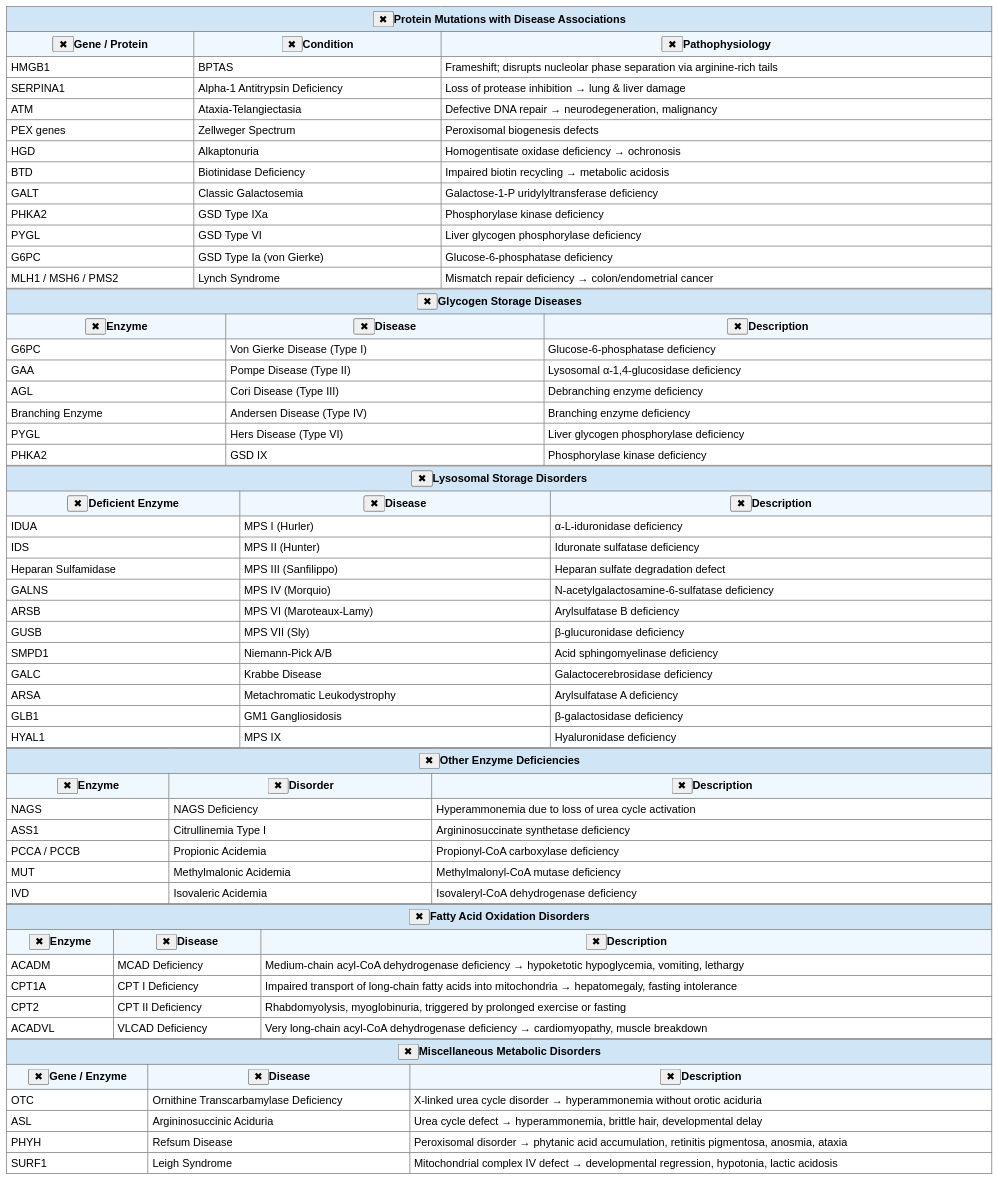
Repository: sharperdragon/STEVEL-1-Summaries
Page: subdex/metabolism.table.html
An editor plug-in stored every save of this project. The page is shown before and after the next save, followed by the edit.
The browser window is 1280 px wide. The pictures show the whole page, at 78% of full size.

Above is the page before, as saved 2025-05-20 17:43:29.

### subdex/metabolism.table.html
<div class="table1 table-responsive">
<table border="2" cellpadding="5" cellspacing="1" frame="box" rules="all" style="width:100%; font-family:Arial, sans-serif; font-size:14px;" >
<thead>
<tr>
<th  colspan="3"  style="background-color:#d0e5f5; text-align:center;"><button>✖</button><strong>Protein Mutations with Disease Associations</strong></th>
</tr>
<tr style="background-color:#f0f8ff;">
<th ><button>✖</button>Gene / Protein</th>
<th ><button>✖</button>Condition</th>
<th  ><button>✖</button>Pathophysiology</th>
</tr>
</thead>
<tbody>
<tr><td >HMGB1</td><td >BPTAS</td><td  >Frameshift; disrupts nucleolar phase separation via arginine-rich tails</td></tr>
<tr><td >SERPINA1</td><td >Alpha-1 Antitrypsin Deficiency</td><td  >Loss of protease inhibition → lung &amp; liver damage</td></tr>
<tr><td >ATM</td><td >Ataxia-Telangiectasia</td><td  >Defective DNA repair → neurodegeneration, malignancy</td></tr>
<tr><td >PEX genes</td><td >Zellweger Spectrum</td><td  >Peroxisomal biogenesis defects</td></tr>
<tr><td >HGD</td><td >Alkaptonuria</td><td  >Homogentisate oxidase deficiency → ochronosis</td></tr>
<tr><td >BTD</td><td >Biotinidase Deficiency</td><td  >Impaired biotin recycling → metabolic acidosis</td></tr>
<tr><td >GALT</td><td >Classic Galactosemia</td><td  >Galactose-1-P uridylyltransferase deficiency</td></tr>
<tr><td >PHKA2</td><td >GSD Type IXa</td><td  >Phosphorylase kinase deficiency</td></tr>
<tr><td >PYGL</td><td >GSD Type VI</td><td  >Liver glycogen phosphorylase deficiency</td></tr>
<tr><td >G6PC</td><td >GSD Type Ia (von Gierke)</td><td  >Glucose-6-phosphatase deficiency</td></tr>
<tr><td >MLH1 / MSH6 / PMS2</td><td >Lynch Syndrome</td><td  >Mismatch repair deficiency → colon/endometrial cancer</td></tr>
</tbody>
</table>
</div>

<div class="table1 table-responsive">
<table border="2" cellpadding="5" cellspacing="1" frame="box" rules="all" style="width:100%; font-family:Arial, sans-serif; font-size:14px;" >
  <thead>
    <tr>
      <th  colspan="3"  style="background-color:#d0e5f5; text-align:center;">
        <button>✖</button><strong>Glycogen Storage Diseases</strong>
      </th>
    </tr>
    <tr style="background-color:#f0f8ff;">
      <th ><button>✖</button>Enzyme</th>
      <th ><button>✖</button>Disease</th>
      <th  ><button>✖</button>Description</th>
    </tr>
  </thead>
  <tbody>
    <tr><td >G6PC</td><td >Von Gierke Disease (Type I)</td><td  >Glucose-6-phosphatase deficiency</td></tr>
    <tr><td >GAA</td><td >Pompe Disease (Type II)</td><td  >Lysosomal α-1,4-glucosidase deficiency</td></tr>
    <tr><td >AGL</td><td >Cori Disease (Type III)</td><td  >Debranching enzyme deficiency</td></tr>
    <tr><td >Branching Enzyme</td><td >Andersen Disease (Type IV)</td><td  >Branching enzyme deficiency</td></tr>
    <tr><td >PYGL</td><td >Hers Disease (Type VI)</td><td  >Liver glycogen phosphorylase deficiency</td></tr>
    <tr><td >PHKA2</td><td >GSD IX</td><td  >Phosphorylase kinase deficiency</td></tr>
  </tbody>
</table>
</div>

<div class="table1 table-responsive">
<table border="2" cellpadding="5" cellspacing="1" frame="box" rules="all" style="width:100%; font-family:Arial, sans-serif; font-size:14px;" >
<thead>
<tr>
<th  colspan="3"  style="background-color:#d0e5f5; text-align:center;"><button>✖</button><strong>Lysosomal Storage Disorders</strong></th>
</tr>
<tr style="background-color:#f0f8ff;">
<th ><button>✖</button>Deficient Enzyme</th>
<th ><button>✖</button>Disease</th>
<th  ><button>✖</button>Description</th>
</tr>
</thead>
<tbody>
<tr><td >IDUA</td><td >MPS I (Hurler)</td><td  >α-L-iduronidase deficiency</td></tr>
<tr><td >IDS</td><td >MPS II (Hunter)</td><td  >Iduronate sulfatase deficiency</td></tr>
<tr><td >Heparan Sulfamidase</td><td >MPS III (Sanfilippo)</td><td  >Heparan sulfate degradation defect</td></tr>
<tr><td >GALNS</td><td >MPS IV (Morquio)</td><td  >N-acetylgalactosamine-6-sulfatase deficiency</td></tr>
<tr><td >ARSB</td><td >MPS VI (Maroteaux-Lamy)</td><td  >Arylsulfatase B deficiency</td></tr>
<tr><td >GUSB</td><td >MPS VII (Sly)</td><td  >β-glucuronidase deficiency</td></tr>
<tr><td >SMPD1</td><td >Niemann-Pick A/B</td><td  >Acid sphingomyelinase deficiency</td></tr>
<tr><td >GALC</td><td >Krabbe Disease</td><td  >Galactocerebrosidase deficiency</td></tr>
<tr><td >ARSA</td><td >Metachromatic Leukodystrophy</td><td  >Arylsulfatase A deficiency</td></tr>
<tr><td >GLB1</td><td >GM1 Gangliosidosis</td><td  >β-galactosidase deficiency</td></tr>
<tr><td >HYAL1</td><td >MPS IX</td><td  >Hyaluronidase deficiency</td></tr>
</tbody>
</table>
</div>

<div class="table1 table-responsive">
<table border="2" cellpadding="5" cellspacing="1" frame="box" rules="all" style="width:100%; font-family:Arial, sans-serif; font-size:14px;">
<thead>
<tr>
<th  colspan="3"  style="background-color:#d0e5f5; text-align:center;"><button>✖</button><strong>Other Enzyme Deficiencies</strong></th>
</tr>
<tr style="background-color:#f0f8ff;">
<th ><button>✖</button>Enzyme</th>
<th ><button>✖</button>Disorder</th>
<th  ><button>✖</button>Description</th>
</tr>
</thead>
<tbody>
<tr><td >NAGS</td><td >NAGS Deficiency</td><td  >Hyperammonemia due to loss of urea cycle activation</td></tr>
<tr><td >ASS1</td><td >Citrullinemia Type I</td><td  >Argininosuccinate synthetase deficiency</td></tr>
<tr><td >PCCA / PCCB</td><td >Propionic Acidemia</td><td  >Propionyl-CoA carboxylase deficiency</td></tr>
<tr><td >MUT</td><td >Methylmalonic Acidemia</td><td  >Methylmalonyl-CoA mutase deficiency</td></tr>
<tr><td >IVD</td><td >Isovaleric Acidemia</td><td  >Isovaleryl-CoA dehydrogenase deficiency</td></tr>
</tbody>
</table>
</div>

<div class="table1 table-responsive">
<table border="2" cellpadding="5" cellspacing="1" frame="box" rules="all" style="width:100%; font-family:Arial, sans-serif; font-size:14px;" class="autoantibody-table">
  <thead>
    <tr>
      <th colspan="3"  style="background-color:#d0e5f5; text-align:center;">
        <button>✖</button><strong>Fatty Acid Oxidation Disorders</strong>
      </th>
    </tr>
    <tr style="background-color:#f0f8ff;">
      <th ><button>✖</button>Enzyme</th>
      <th ><button>✖</button>Disease</th>
      <th ><button>✖</button>Description</th>
    </tr>
  </thead>
  <tbody>
    <tr><td >ACADM</td><td >MCAD Deficiency</td><td >Medium-chain acyl-CoA dehydrogenase deficiency → hypoketotic hypoglycemia, vomiting, lethargy</td></tr>
    <tr><td >CPT1A</td><td >CPT I Deficiency</td><td >Impaired transport of long-chain fatty acids into mitochondria → hepatomegaly, fasting intolerance</td></tr>
    <tr><td >CPT2</td><td >CPT II Deficiency</td><td >Rhabdomyolysis, myoglobinuria, triggered by prolonged exercise or fasting</td></tr>
    <tr><td >ACADVL</td><td >VLCAD Deficiency</td><td >Very long-chain acyl-CoA dehydrogenase deficiency → cardiomyopathy, muscle breakdown</td></tr>
  </tbody>
</table>
</div>

<div class="table1 table-responsive">
<table border="2" cellpadding="5" cellspacing="1" frame="box" rules="all" style="width:100%; font-family:Arial, sans-serif; font-size:14px;" class="autoantibody-table">
  <thead>
    <tr>
      <th colspan="3"  style="background-color:#d0e5f5; text-align:center;">
        <button>✖</button><strong>Miscellaneous Metabolic Disorders</strong>
      </th>
    </tr>
    <tr style="background-color:#f0f8ff;">
      <th ><button>✖</button>Gene / Enzyme</th>
      <th ><button>✖</button>Disease</th>
      <th ><button>✖</button>Description</th>
    </tr>
  </thead>
  <tbody>
    <tr><td >OTC</td><td >Ornithine Transcarbamylase Deficiency</td><td >X-linked urea cycle disorder → hyperammonemia without orotic aciduria</td></tr>
    <tr><td >ASL</td><td >Argininosuccinic Aciduria</td><td >Urea cycle defect → hyperammonemia, brittle hair, developmental delay</td></tr>
    <tr><td >PHYH</td><td >Refsum Disease</td><td >Peroxisomal disorder → phytanic acid accumulation, retinitis pigmentosa, anosmia, ataxia</td></tr>
    <tr><td >SURF1</td><td >Leigh Syndrome</td><td >Mitochondrial complex IV defect → developmental regression, hypotonia, lactic acidosis</td></tr>
  </tbody>
</table>
</div>

After the next save:
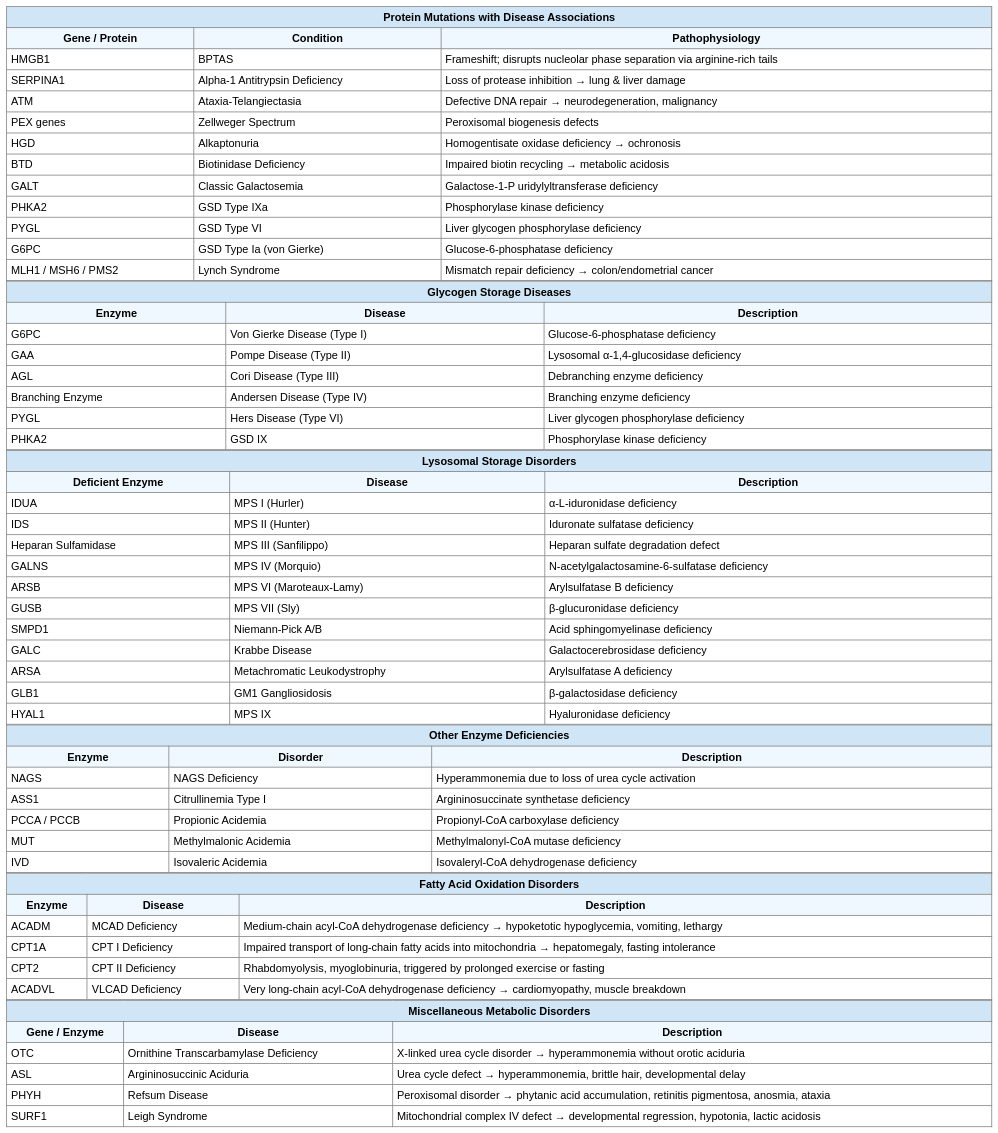
Saved 59 s later.
--- a/subdex/metabolism.table.html
+++ b/subdex/metabolism.table.html
@@ -2,12 +2,12 @@
 <table border="2" cellpadding="5" cellspacing="1" frame="box" rules="all" style="width:100%; font-family:Arial, sans-serif; font-size:14px;" >
 <thead>
 <tr>
-<th  colspan="3"  style="background-color:#d0e5f5; text-align:center;"><button>✖</button><strong>Protein Mutations with Disease Associations</strong></th>
+<th  colspan="3"  style="background-color:#d0e5f5; text-align:center;"><strong>Protein Mutations with Disease Associations</strong></th>
 </tr>
 <tr style="background-color:#f0f8ff;">
-<th ><button>✖</button>Gene / Protein</th>
-<th ><button>✖</button>Condition</th>
-<th  ><button>✖</button>Pathophysiology</th>
+<th >Gene / Protein</th>
+<th >Condition</th>
+<th  >Pathophysiology</th>
 </tr>
 </thead>
 <tbody>
@@ -31,13 +31,13 @@
   <thead>
     <tr>
       <th  colspan="3"  style="background-color:#d0e5f5; text-align:center;">
-        <button>✖</button><strong>Glycogen Storage Diseases</strong>
+        <strong>Glycogen Storage Diseases</strong>
       </th>
     </tr>
     <tr style="background-color:#f0f8ff;">
-      <th ><button>✖</button>Enzyme</th>
-      <th ><button>✖</button>Disease</th>
-      <th  ><button>✖</button>Description</th>
+      <th >Enzyme</th>
+      <th >Disease</th>
+      <th  >Description</th>
     </tr>
   </thead>
   <tbody>
@@ -55,12 +55,12 @@
 <table border="2" cellpadding="5" cellspacing="1" frame="box" rules="all" style="width:100%; font-family:Arial, sans-serif; font-size:14px;" >
 <thead>
 <tr>
-<th  colspan="3"  style="background-color:#d0e5f5; text-align:center;"><button>✖</button><strong>Lysosomal Storage Disorders</strong></th>
+<th  colspan="3"  style="background-color:#d0e5f5; text-align:center;"><strong>Lysosomal Storage Disorders</strong></th>
 </tr>
 <tr style="background-color:#f0f8ff;">
-<th ><button>✖</button>Deficient Enzyme</th>
-<th ><button>✖</button>Disease</th>
-<th  ><button>✖</button>Description</th>
+<th >Deficient Enzyme</th>
+<th >Disease</th>
+<th  >Description</th>
 </tr>
 </thead>
 <tbody>
@@ -83,12 +83,12 @@
 <table border="2" cellpadding="5" cellspacing="1" frame="box" rules="all" style="width:100%; font-family:Arial, sans-serif; font-size:14px;">
 <thead>
 <tr>
-<th  colspan="3"  style="background-color:#d0e5f5; text-align:center;"><button>✖</button><strong>Other Enzyme Deficiencies</strong></th>
+<th  colspan="3"  style="background-color:#d0e5f5; text-align:center;"><strong>Other Enzyme Deficiencies</strong></th>
 </tr>
 <tr style="background-color:#f0f8ff;">
-<th ><button>✖</button>Enzyme</th>
-<th ><button>✖</button>Disorder</th>
-<th  ><button>✖</button>Description</th>
+<th >Enzyme</th>
+<th >Disorder</th>
+<th  >Description</th>
 </tr>
 </thead>
 <tbody>
@@ -106,13 +106,13 @@
   <thead>
     <tr>
       <th colspan="3"  style="background-color:#d0e5f5; text-align:center;">
-        <button>✖</button><strong>Fatty Acid Oxidation Disorders</strong>
+        <strong>Fatty Acid Oxidation Disorders</strong>
       </th>
     </tr>
     <tr style="background-color:#f0f8ff;">
-      <th ><button>✖</button>Enzyme</th>
-      <th ><button>✖</button>Disease</th>
-      <th ><button>✖</button>Description</th>
+      <th >Enzyme</th>
+      <th >Disease</th>
+      <th >Description</th>
     </tr>
   </thead>
   <tbody>
@@ -129,13 +129,13 @@
   <thead>
     <tr>
       <th colspan="3"  style="background-color:#d0e5f5; text-align:center;">
-        <button>✖</button><strong>Miscellaneous Metabolic Disorders</strong>
+        <strong>Miscellaneous Metabolic Disorders</strong>
       </th>
     </tr>
     <tr style="background-color:#f0f8ff;">
-      <th ><button>✖</button>Gene / Enzyme</th>
-      <th ><button>✖</button>Disease</th>
-      <th ><button>✖</button>Description</th>
+      <th >Gene / Enzyme</th>
+      <th >Disease</th>
+      <th >Description</th>
     </tr>
   </thead>
   <tbody>
